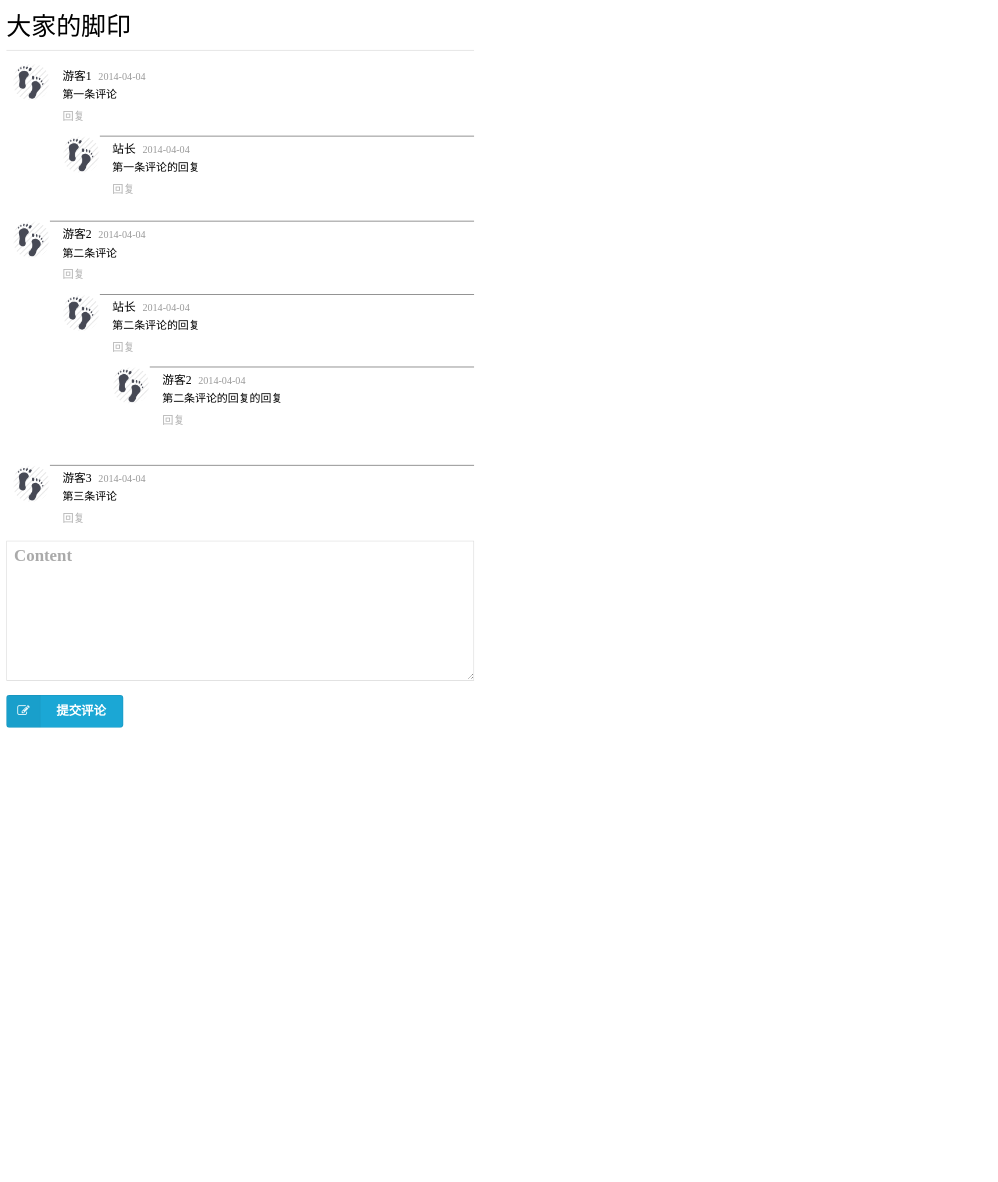
Repository: xubaifu/myworld
Page: myworld/WebContent/baifu/common/comment/index.html
These files come from the project's save history. The page is drawn as it stood at one moment and after the next save; the edit follows.
The browser window is 1280 px wide. The pictures show the whole page, at 78% of full size.

Above is the page before, as saved 2016-08-28 02:04:47.

### myworld/WebContent/baifu/common/comment/index.html
<!DOCTYPE html PUBLIC "-//W3C//DTD HTML 4.01 Transitional//EN" "http://www.w3.org/TR/html4/loose.dtd">
<html>
<head>
<meta http-equiv="Content-Type" content="text/html; charset=UTF-8">
<title>评论demo</title>
<link rel="stylesheet" href="css/semantic.css" type="text/css" />
<link rel="stylesheet" href="css/zyComment.css" type="text/css" />
<style type="text/css" media="print, screen">
	label {
	    font-weight: bold;
	}
	a {
		font-family: Microsoft YaHei;
	}
	#articleComment {
		width: 600px;
		height: 1500px;
		overflow: auto;
	}
</style>
</head>
<body>
	<div id="articleComment"></div>
<script type="text/javascript" src="js/jquery-1.7.2.min.js"></script>
<script type="text/javascript" src="js/zyComment.js"></script>
<script type="text/javascript">
var agoComment = [
				  {"id":1,"userName":"游客1","time":"2014-04-04","sortID":0,"content":"第一条评论"},
				  {"id":2,"userName":"游客2","time":"2014-04-04","sortID":0,"content":"第二条评论"},
				  {"id":3,"userName":"站长","time":"2014-04-04","sortID":1,"content":"第一条评论的回复"},
				  {"id":4,"userName":"站长","time":"2014-04-04","sortID":2,"content":"第二条评论的回复"},
				  {"id":5,"userName":"游客3","time":"2014-04-04","sortID":0,"content":"第三条评论"},
				  {"id":6,"userName":"游客2","time":"2014-04-04","sortID":4,"content":"第二条评论的回复的回复"},
				  ];
$("#articleComment").zyComment({
	"width":"355",
	"height":"33",
	"agoComment":agoComment,
	"callback":function(comment){
		console.info("填写内容返回值：");
		console.info(comment);
		// 添加新的评论
		$("#articleComment").zyComment("setCommentAfter",{"id":123, "name":"name", "content":"content", "time":"2014-04-14"});
	}
});
</script>
</body>
</html>

### myworld/WebContent/baifu/common/comment/css/zyComment.css
@CHARSET "UTF-8";

*, *:before, *:after {
    box-sizing: border-box;
}

.comments a{
    color: #000000;
    outline: 0 none;
    text-decoration: none;
    transition: all 0.5s ease 0s;
}

.comments a:hover{
	text-decoration: none;
}

.date{
	font-size: 13px;
}

.text{
	font-family: Microsoft YaHei;
	font-size: 14px;
}

#replyBoxAri {
    max-width: 50em;
}
.ui.threaded.comments .comment .comments{
	box-shadow: 0px 0 0 rgba(0, 0, 0, 0.05);
}
#collect{
	background-image:linear-gradient(rgba(0, 0, 0, 0), rgba(0, 0, 0, 0));
	box-shadow:0 0 0 0px rgba(0, 0, 0, 0) inset;
}
#collect:hover{
	background-color: #DB3E3A !important;
}

form{
	backface-visibility: hidden;
}
.form .input{
	position: relative;
	float: left;
	margin: 10px;
}
.form input,.form textarea{
	border: 1px solid #eee;
	padding: 1.2em .5em;
	outline: none;
}

textarea + label,input + label,.inputdefault {
	position: absolute;
	left:10px;
	top:50%;
	transform:translateY(-50%);
	color:#aaa;
	transition:all .2s ease;
}

.field{
	position: relative;
    float: left;
    margin: 10px;
}
.foucs {
	color: #52A5FB!important;
	font-size: 0.75em!important;
	top: 1%!important;
	transform: none;
}

.blur-foucs {
	color: #aaa;
}

.not-empty + label {
	color:#aaa;
}
.ui.form .field > label {
    color: #aaa;
    display: block;
    font-size: 1.2em;
    margin: 0 0 0.3em;
}
.ui.form .field > input,.ui.form .field > textarea{
    padding: 1em 0.5em!important;
    border-radius: 0em!important;
    font-size:15px;
    padding-bottom:5px!important;
}
.userEmailLabel{
	margin-left:5px!important;
}
.contentField{
	float:none!important;
}

.ui.form input[type="text"]:focus,
.ui.form input[type="email"]:focus,
.ui.form input[type="date"]:focus,
.ui.form input[type="password"]:focus,
.ui.form input[type="number"]:focus,
.ui.form input[type="tel"]:focus,
.ui.form textarea:focus {
	color: rgba(0, 0, 0, 0.85);
	border-color: rgba(0, 0, 0, 0.2);
	border-bottom-left-radius: 0;
	border-top-left-radius: 0;
	-webkit-appearance: none;
	-webkit-box-shadow: 0em 0em 0em 0em rgba(0, 0, 0, 0) inset;
	box-shadow: 0em 0em 0em 0em rgba(0, 0, 0, 0) inset;
}
#submitComment{
	font-size:16px;
	background-image: none;
	background-color: #1BA7D5;
}
#submitComment:hover{
	background-color: #008CBA;
}
#submitComment:active {
	background-color: #006D9B;
}
#post-header h3{
	line-height: 1.5;
	margin-top:2px!important;
}
textarea + label,.areadefault{
	top:20px;
}
@media screen and (-webkit-min-device-pixel-ratio:0){
	input + label, .inputdefault {
		top:50%;
	}
	textarea + label,.areadefault{
		top:20px;
	}
	.foucs {
		color: #52A5FB!important;
		font-size: 0.75em!important;
		top: 1%!important;
		transform: none;
	}
}

.ui.comments .comment .reply.form {
    margin-left: 4.5em!important;
}

.author{
	font-size: 15px;
}

#publicComment {
    background-color: #1BA7D5;
    background-image: none !important;
    font-size: 1.2em !important;
}

.topStyle{
	border-top: 1px solid #777;
}

### myworld/WebContent/baifu/common/comment/js/zyComment.js

(function($,undefined){
	$.fn.zyComment = function(options,param){
		var otherArgs = Array.prototype.slice.call(arguments, 1);
		if (typeof options == 'string') {
			var fn = this[0][options];
			if($.isFunction(fn)){
				return fn.apply(this, otherArgs);
			}else{
				throw ("zyComment - No such method: " + options);
			}
		}

		return this.each(function(){
			var para = {};    // 保留参数
			var self = this;  // 保存组件对象
			var fCode = 0;

			var defaults = {
					"width":"830",
					"height":"33",
					"agoComment":[],  // 以往评论内容
					"callback":function(comment){
						console.info("返回评论数据");
						console.info(comment);
					}
			};

			para = $.extend(defaults,options);

			this.init = function(){
				this.createAgoCommentHtml();  // 创建以往评论的html
			};

			/**
			 * 功能：创建以往评论的html
			 * 参数: 无
			 * 返回: 无
			 */
			this.createAgoCommentHtml = function(){

				var html = '';
				html += '<div id="commentItems" class="ui threaded comments" style="margin-bottom:20px;">';
				html += '	<div class="text" style="font-size:2rem;padding-bottom:10px;border-bottom: 1px solid #DFDFDF;"> 大家的脚印 </div>';
				html += '</div>';
				$(self).append(html);

				$.each(para.agoComment, function(k, v){

					var topStyle = "";
					if(k>0){
						topStyle = "topStyle";
					}

					var item = '';
					item += '<div id="comment'+v.id+'" class="comment">';
					item += '	<a class="avatar">';
					item += '		<img src="baifu/common/comment/images/foot.png">';
					item += '	</a>';
					item += '	<div class="content '+topStyle+'">';
					item += '		<a class="author"> '+v.userName+' </a>';
					item += '		<div class="metadata">';
					item += '			<span class="date"> '+v.time+' </span>';
					item += '		</div>';
					item += '		<div class="text"> '+v.content+' </div>';
					item += '		<div class="actions">';
					item += '			<a class="reply" href="javascript:void(0)" selfID="'+v.id+'" >回复</a>';
					item += '		</div>';
					item += '	</div>';
					item += '</div>';

					// 判断此条评论是不是子级评论
					if(v.sortID==0){  // 不是
						$("#commentItems").append(item);
					}else{  // 否
						// 判断父级评论下是不是已经有了子级评论
						if($("#comment"+v.sortID).find(".comments").length==0){  // 没有
							var comments = '';
							comments += '<div id="comments'+v.sortID+'" class="comments">';
							comments += 	item;
							comments += '</div>';

							$("#comment"+v.sortID).append(comments);
						}else{  // 有
							$("#comments"+v.sortID).append(item);
						}
					}
				});

				this.createFormCommentHtml();  // 创建发表评论的html
			};

			/**
			 * 功能：创建评论form的html
			 * 参数: 无
			 * 返回: 无
			 */
			this.createFormCommentHtml = function(){
				// 先添加父容器
				$(self).append('<div id="commentFrom"></div>');

				// 组织发表评论的form html代码
				var boxHtml = '';
				boxHtml += '<form id="replyBoxAri" class="ui reply form">';
				boxHtml += '	<div class="ui large form ">';
				/*boxHtml += '		<div class="two fields">';
				boxHtml += '			<div class="field" >';
				boxHtml += '				<input type="text" id="userName" />';
				boxHtml += '				<label class="userNameLabel" for="userName">Your Name</label>';
				boxHtml += '			</div>';
				boxHtml += '			<div class="field" >';
				boxHtml += '				<input type="text" id="userEmail" />';
				boxHtml += '				<label class="userEmailLabel" for="userName">E-mail</label>';
				boxHtml += '			</div>';
				boxHtml += '		</div>';*/
				boxHtml += '		<div class="contentField field" >';
				boxHtml += '			<textarea id="commentContent"></textarea>';
				boxHtml += '			<label class="commentContentLabel" for="commentContent">Content</label>';
				boxHtml += '		</div>';
				boxHtml += '		<div id="submitComment" class="ui button teal submit labeled icon">';
				boxHtml += '			<i class="icon edit"></i> 提交评论';
				boxHtml += '		</div>';
				boxHtml += '	</div>';
				boxHtml += '</form>';

				$("#commentFrom").append(boxHtml);

	            // 初始化html之后绑定点击事件
	            this.addEvent();
			};

			/**
			 * 功能：绑定事件
			 * 参数: 无
			 * 返回: 无
			 */
			this.addEvent = function(){
				// 绑定item上的回复事件
				this.replyClickEvent();

				// 绑定item上的取消回复事件
				this.cancelReplyClickEvent();

				// 绑定回复框的事件
				this.addFormEvent();
			};

			/**
			 * 功能: 绑定item上的回复事件
			 * 参数: 无
			 * 返回: 无
			 */
			this.replyClickEvent = function(){
				// 绑定回复按钮点击事件
				$(self).find(".actions .reply").live("click", function(){
					// 设置当前回复的评论的id
					fCode = $(this).attr("selfid");

					// 1.移除之前的取消回复按钮
					$(self).find(".cancel").remove();

					// 2.移除所有回复框
					self.removeAllCommentFrom();

					// 3.添加取消回复按钮
					$(this).parent(".actions").append('<a class="cancel" href="javascript:void(0)">取消回复</a>');

					// 4.添加回复下的回复框
					self.addReplyCommentFrom($(this).attr("selfID"));

					// 绑定提交事件
					$("#publicComment").die("click");
					$("#publicComment").live("click",function(){
						var result = {
								/*"name":$("#userName").val(),
								"email":$("#userEmail").val(),*/
								"content":$("#commentContent").val()
						};
						para.callback(result);
					});
				});

			};

			/**
			 * 功能: 绑定item上的取消回复事件
			 * 参数: 无
			 * 返回: 无
			 */
			this.cancelReplyClickEvent = function(){
				$(self).find(".actions .cancel").die("click");
				$(self).find(".actions .cancel").live("click", function(){
					// 1.移除之前的取消回复按钮
					$(self).find(".cancel").remove();

					// 2.移除所有回复框
					self.removeAllCommentFrom();

					// 3.添加根下的回复框
					self.addRootCommentFrom();
				});
			};

			/**
			 * 功能: 绑定回复框的事件
			 * 参数: 无
			 * 返回: 无
			 */
			this.addFormEvent = function(){
				// 先解除绑定
				$("textarea,input").die("focus");
				$("textarea,input").die("blur");
				// 绑定回复框效果
				$("textarea,input").live("focus",function(){
					// 移除 失去焦点class样式，添加获取焦点样式
					$(this).next("label").removeClass("blur-foucs").addClass("foucs");
				}).live("blur",function(){
					// 如果文本框没有值
					if($(this).val()==''){
						// 移除获取焦点样式添加原生样式
						if($(this).attr("id")=="commentContent"){
							$(this).next("label").removeClass("foucs").addClass("areadefault");
						}else{
							$(this).next("label").removeClass("foucs").addClass("inputdefault");
						}
					}else{  // 有值 添加失去焦点class样式
						$(this).next("label").addClass("blur-foucs");
					}
				});

				// 绑定提交事件
				$("#submitComment").die("click");
				$("#submitComment").live("click",function(){
					var result = {
							/*"name":$("#userName").val(),
							"email":$("#userEmail").val(),*/
							"content":$("#commentContent").val()
					};
					para.callback(result);
				});
			};

			// 移除所有回复框
			this.removeAllCommentFrom = function(){
				// 移除评论下的回复框
				if($(self).find("#replyBox")[0]){
					// 删除评论回复框
					$(self).find("#replyBox").remove();
				}

				// 删除文章回复框
				if($(self).find("#replyBoxAri")[0]){
					$(self).find("#replyBoxAri").remove();
				}
			};

			// 添加回复下的回复框
			this.addReplyCommentFrom = function(id){
				var boxHtml = '';
				boxHtml += '<form id="replyBox" class="ui reply form">';
				boxHtml += '	<div class="ui  form ">';
				/*boxHtml += '		<div class="two fields">'
				boxHtml += '			<div class="field" >';
				boxHtml += '				<input type="text" id="userName" />';
				boxHtml += '				<label class="userNameLabel" for="userName">Your Name</label>';
				boxHtml += '			</div>';
				boxHtml += '			<div class="field" >';
				boxHtml += '				<input type="text" id="userEmail" />';
				boxHtml += '				<label class="userEmailLabel" for="userName">E-mail</label>';
				boxHtml += '			</div>';
				boxHtml += '		</div>';*/
				boxHtml += '		<div class="contentField field" >';
				boxHtml += '			<textarea id="commentContent"></textarea>';
				boxHtml += '			<label class="commentContentLabel" for="commentContent">Content</label>';
				boxHtml += '		</div>';
				boxHtml += '		<div id="publicComment" class="ui button teal submit labeled icon">';
				boxHtml += '			<i class="icon edit"></i> 提交评论';
				boxHtml += '		</div>';
				boxHtml += '	</div>';
				boxHtml += '</form>';

				$(self).find("#comment"+id).find(">.content").after(boxHtml);

			};

			// 添加根下的回复框
			this.addRootCommentFrom = function(){
				var boxHtml = '';
				boxHtml += '<form id="replyBoxAri" class="ui reply form">';
				boxHtml += '	<div class="ui large form ">';
				/*boxHtml += '		<div class="two fields">';
				boxHtml += '			<div class="field" >';
				boxHtml += '				<input type="text" id="userName" />';
				boxHtml += '				<label class="userNameLabel" for="userName">Your Name</label>';
				boxHtml += '			</div>';
				boxHtml += '			<div class="field" >';
				boxHtml += '				<input type="text" id="userEmail" />';
				boxHtml += '				<label class="userEmailLabel" for="userName">E-mail</label>';
				boxHtml += '			</div>';
				boxHtml += '		</div>';*/
				boxHtml += '		<div class="contentField field" >';
				boxHtml += '			<textarea id="commentContent"></textarea>';
				boxHtml += '			<label class="commentContentLabel" for="commentContent">Content</label>';
				boxHtml += '		</div>';
				boxHtml += '		<div id="submitComment" class="ui button teal submit labeled icon">';
				boxHtml += '			<i class="icon edit"></i> 提交评论';
				boxHtml += '		</div>';
				boxHtml += '	</div>';
				boxHtml += '</form>';

				$(self).find("#commentFrom").append(boxHtml);
			};

			// 得到回复的评论的id
			this.getCommentFId = function(){
				return parseInt(fCode);
			};

			// 设置评论成功之后的内容
			this.setCommentAfter = function(param){
				// 1.移除之前的取消回复按钮
				$(self).find(".cancel").remove();
				// 2.添加新评论的内容
				self.addNewComment(param);
				// 3.让评论框处于对文章评论的状态
				self.removeAllCommentFrom();
				// 4.添加根下的回复框
				self.addRootCommentFrom();
			};

			// 添加新评论的内容
			this.addNewComment = function(param){
				var topStyle = "";
				if(parseInt(fCode)!=0){
					topStyle = "topStyle";
				}

				var item = '';
				item += '<div id="comment'+param.id+'" class="comment">';
				item += '	<a class="avatar">';
				item += '		<img src="baifu/common/comment/images/foot.png">';
				item += '	</a>';
				item += '	<div class="content '+topStyle+'">';
				item += '		<a class="author"> '+param.name+' </a>';
				item += '		<div class="metadata">';
				item += '			<span class="date"> '+param.time+' </span>';
				item += '		</div>';
				item += '		<div class="text"> '+param.content+' </div>';
				item += '		<div class="actions">';
				item += '			<a class="reply" href="javascript:void(0)" selfID="'+param.id+'" >回复</a>';
				item += '		</div>';
				item += '	</div>';
				item += '</div>';

				if(parseInt(fCode)==0){  // 如果对根添加
					$("#commentItems").append(item);
				}else{
					// 判断父级评论下是不是已经有了子级评论
					if($("#comment"+fCode).find(".comments").length==0){  // 没有
						var comments = '';
						comments += '<div id="comments'+fCode+'" class="comments">';
						comments += 	item;
						comments += '</div>';

						$("#comment"+fCode).append(comments);
					}else{  // 有
						$("#comments"+fCode).append(item);
					}
				}
			};


			// 初始化上传控制层插件
			this.init();
		});
	};
})(jQuery);

Loaded but not shown: myworld/WebContent/baifu/common/comment/css/semantic.css (library); myworld/WebContent/baifu/common/comment/js/jquery-1.7.2.min.js (library)

After the next save:
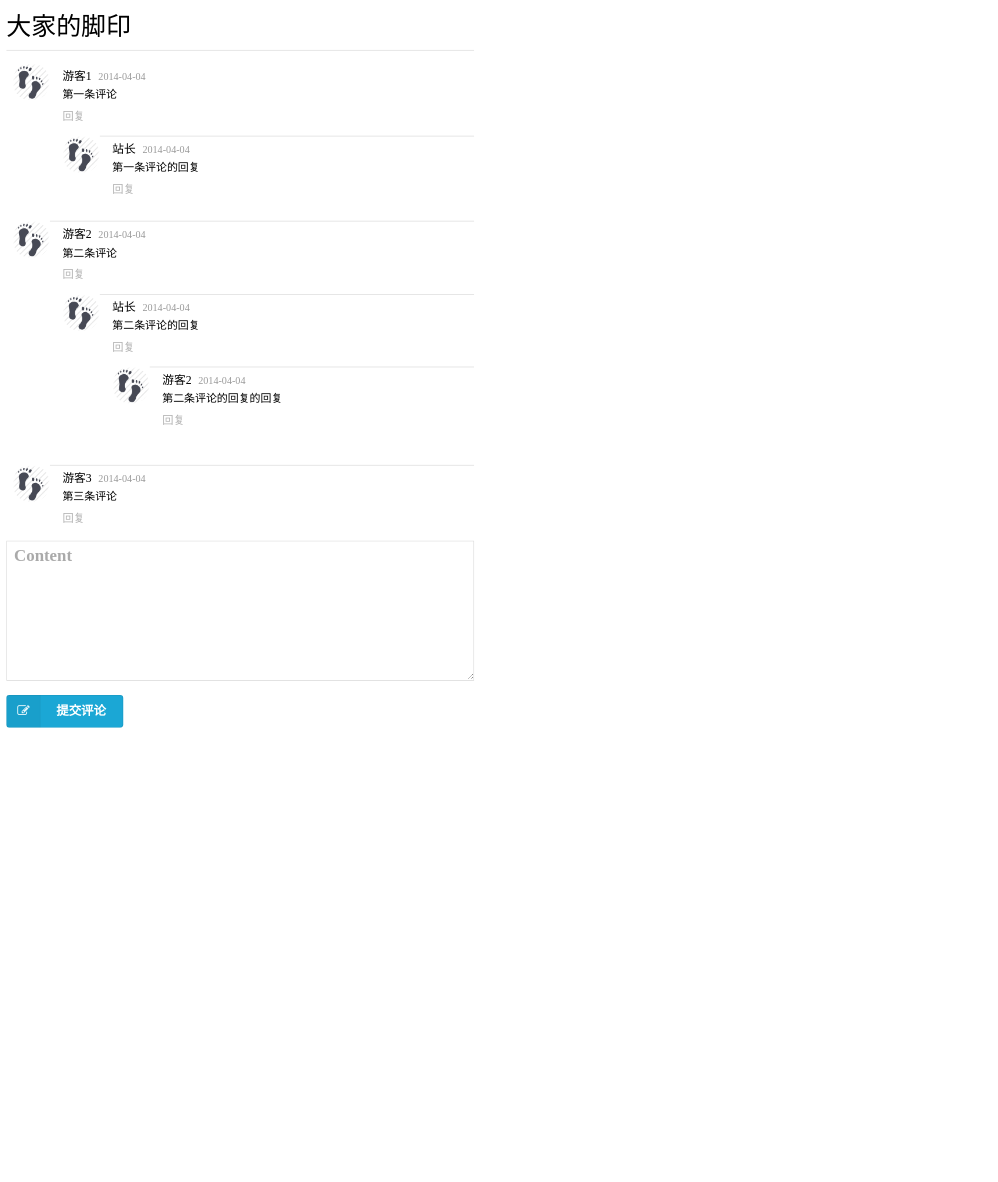
Saved 53 s later.
--- a/myworld/WebContent/baifu/common/comment/css/zyComment.css
+++ b/myworld/WebContent/baifu/common/comment/css/zyComment.css
@@ -162,5 +162,5 @@ textarea + label,.areadefault{
 }
 
 .topStyle{
-	border-top: 1px solid #777;
+	border-top: 1px solid #dfdfdf;
 }
